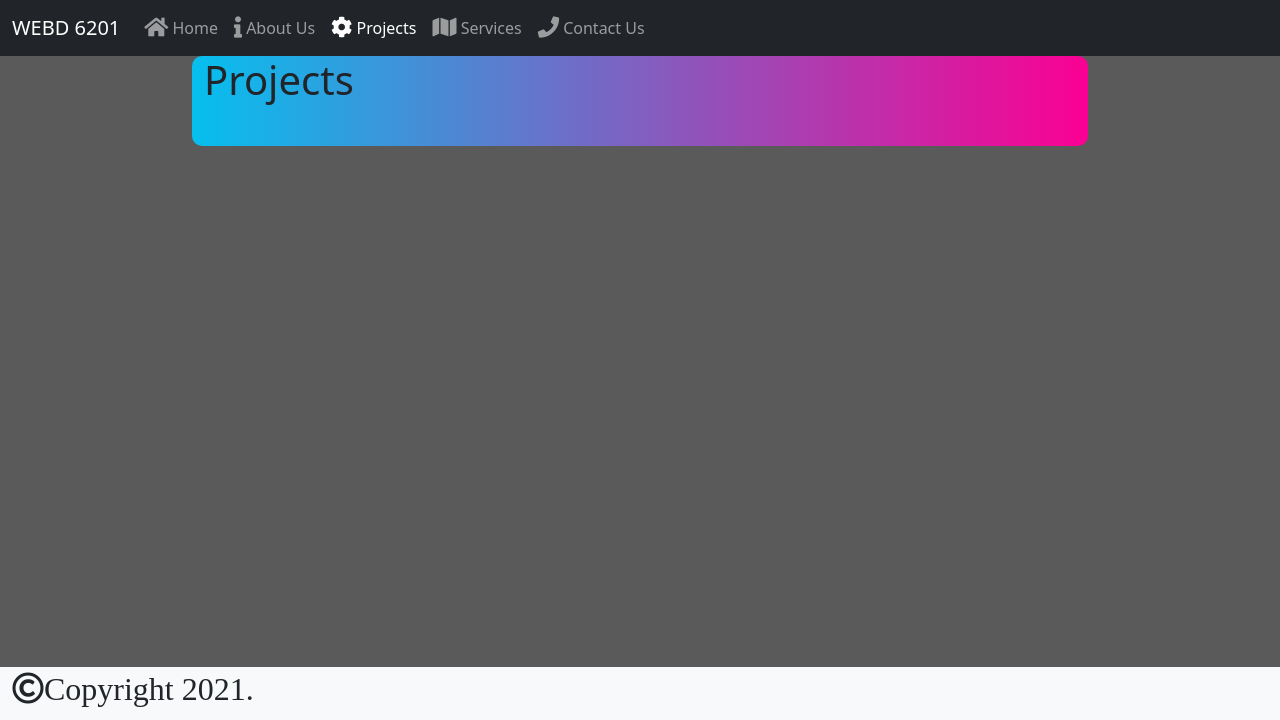
Repository: vans12345678/WEBD6201-W2021-Week3
Page: projects.html
The author's editor kept a copy of each file at every save. The page is drawn from the files as they stood at one save, then again after the next save.
The browser window is 1280 px wide. The pictures show the whole page.

Above is the page before, as saved 2021-01-28 20:17:51.

### projects.html
<!DOCTYPE html>
<html lang="en">
<head>
    <meta charset="UTF-8">
    <meta name="viewport" content="width=device-width, initial-scale=1.0">
    <title>Projects</title>

    <!-- CSS Section -->
    <link rel="stylesheet" href="./node_modules/bootstrap/dist/css/bootstrap.min.css">
    <link rel="stylesheet" href="./node_modules/@fortawesome/fontawesome-free/css/all.min.css">
    <link rel="stylesheet" href="./Content/app.css">
</head>
<body>
  <!-- Main Header -->
    <header>
      <!-- Main Navigation -->
        <nav class="navbar navbar-expand-lg navbar-dark bg-dark">
            <div class="container-fluid">
              <a class="navbar-brand" href="index.html">WEBD 6201</a>
              <button class="navbar-toggler" type="button" data-bs-toggle="collapse" data-bs-target="#navbarSupportedContent" aria-controls="navbarSupportedContent" aria-expanded="false" aria-label="Toggle navigation">
                <span class="navbar-toggler-icon"></span>
              </button>
              <div class="collapse navbar-collapse" id="navbarSupportedContent">
                <ul class="navbar-nav me-auto mb-2 mb-lg-0">
                  <li class="nav-item">
                    <a class="nav-link" aria-current="page" href="index.html"><i class="fas fa-home fa-lg"></i> Home</a>
                  </li>

                  <li class="nav-item">
                    <a class="nav-link" aria-current="page" href="about.html"><i class="fas fa-info fa-lg"></i> About Us</a>
                  </li>

                  <li class="nav-item">
                    <a class="nav-link active" aria-current="page" href="projects.html"><i class="fas fa-cog fa-lg"></i> Projects</a>
                  </li>

                  <li class="nav-item">
                    <a class="nav-link" aria-current="page" href="services.html"><i class="fas fa-map fa-lg"></i> Services</a>
                  </li>

                  <li class="nav-item">
                    <a class="nav-link" aria-current="page" href="contact.html"><i class="fas fa-phone fa-lg"></i> Contact Us</a>
                  </li>
                </ul>
              </div>
            </div>
          </nav>
    </header>
    <!-- Main Contents -->
    <main class="container">
        <h1>Projects</h1>
    </main>
    <!-- Main Footer -->
    <footer>
        <nav class="navbar fixed-bottom navbar-light bg-light">
            <div class="container-fluid">
                <h4><i class="far fa-copyright fa-lg">Copyright 2021.</i></h4>
            </div>
          </nav>
    </footer>
    <!-- Script Section -->
    <script src="./node_modules/jquery/dist/jquery.min.js"></script>
    <script src="./node_modules/bootstrap/dist/js/bootstrap.bundle.min.js"></script>
    <script src="./Scripts/app.js"></script>
</body>
</html>

### Content/app.css
/* custom css goes here */
.Vapor {
    background-image: url('../images/vapor.jpg');
    background-repeat: no-repeat;
    background-attachment: fixed;
    background-size: 100% 100%;
  }
  body
  {
    background-color: rgb(90, 90, 90);
  }
  .container{

    border-radius: 10px;
    width: 70%;
    height: 90px;
    margin: 0px auto;
    background: linear-gradient(90deg,#06bfee,#fb0093)
  }
  .contactForm{
    width: 100%;
    margin:  100px auto;
  }
  .warnMessage
  {
    width: 90%;
    margin:  50px;
  }

### Scripts/app.js
/* Custom JavaScript goes here */

//IIFE - Immediately Invoked Function Expression
//AKA - Anonymous Self-Executing Function
//Closure - limits scope leak

"use strict";


(function(){

    function displayHome()
    {

        let introText = "This is a simple site to demonstrate the specified requirements for Lab 1 WEBD 6201 - Client Side Scripting";
        let introTextElement = document.getElementById("introParagraph");

        introTextElement.textContent = introText;
        introTextElement.className = "fs-5 fw-bold text-center";

        mainContent.innerHTML =
        `<h1 id = "firstHeading">Welcome to WEBD6201 - Lab 1</h1>
        <p id = "paragraphOne" class = "fs-3 fw-bold">This is my first paragraph</p>
        `;

    }
    function displayAbout()
    {

    }
    function displayProjects()
    {

    }
    function displayServices()
    {

    }
    function displayContact()
    {

        let messageArea = document.getElementById("messageArea");
        messageArea.hidden = true;

        //form validation
        let fullName = document.getElementById("fullName");
        fullName.addEventListener("blur", function()
        {
            if(fullName.value.length < 2)
            {
                fullName.focus();
                fullName.select();
                messageArea.hidden = false;
                messageArea.className = "alert alert-danger warnMessage";
                messageArea.textContent = "Please enter an appropriate name > 2 characters";
            }
            else
            {
                messageArea.removeAttribute("class");
                messageArea.hidden = true;
            }
        });
            let sendButton = document.getElementById("sendButton");
            sendButton.addEventListener("click", function(event)
            {
                //event.preventDefault();
                // //Displays twice?

                let contact = new Contact(fullName.value,contactNumber.value, emailAddress.value);

                //console.log(contact.serialize());
                if(contact.serialize())
                {
                    localStorage.setItem((localStorage.length + 1).toString(),contact.serialize());
                }
            });
    }
    function displayContactList()
    {
        if(localStorage.length > 0)
        {
            let contactList = document.getElementById("contactList");
            let data = "";

            for (let index = 0; index < localStorage.length; index++)
            {
                let contactData = localStorage.getItem((index + 1).toString());
                let contact = new Contact();

                contact.deserialize(contactData);

                data += `<tr>
                <th scope="row">${index + 1}</th>
                <td>${contact.FullName}</td>
                <td>${contact.ContactNumber}</td>
                <td>${contact.EmailAddress}</td>
              </tr>`;
            }
            contactList.innerHTML = data;
        }

    }

    function Start()
    {
        console.log("App Started...");

        switch(document.title)
        {
            case "Index":
                displayHome();
                break;
            case "About":
                displayAbout();
                break;
            case "Projects":
                displayProjects();
                break;
            case "Services":
                displayServices();
                break;
            case "Contact Us":
                displayContact();
                break;
            case "Contact-List":
                displayContactList();
                break;
        }


    }

    window.addEventListener("load", Start);

})();

Loaded but not shown: node_modules/bootstrap/dist/css/bootstrap.min.css (library); node_modules/@fortawesome/fontawesome-free/css/all.min.css (library); node_modules/jquery/dist/jquery.min.js (library); node_modules/bootstrap/dist/js/bootstrap.bundle.min.js (library)

After the next save:
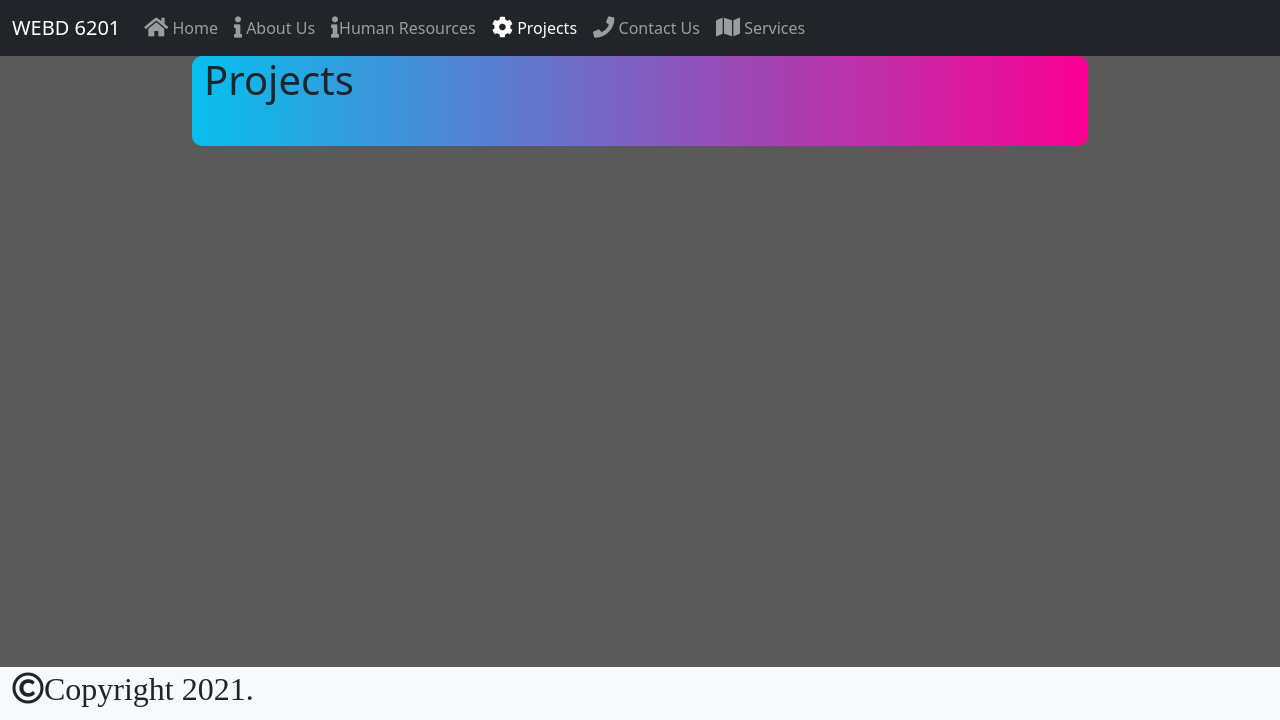
Saved 27 s later.
--- a/projects.html
+++ b/projects.html
@@ -28,18 +28,17 @@
 
                   <li class="nav-item">
                     <a class="nav-link" aria-current="page" href="about.html"><i class="fas fa-info fa-lg"></i> About Us</a>
+                  </li><li class="nav-item">
+                    <a class="nav-link" aria-current="page" href="human-resources.html"><i class="fas fa-info fa-lg"></i>Human Resources</a>
                   </li>
-
                   <li class="nav-item">
                     <a class="nav-link active" aria-current="page" href="projects.html"><i class="fas fa-cog fa-lg"></i> Projects</a>
                   </li>
-
+                  <li class="nav-item">
+                    <a class="nav-link" aria-current="page" href="contact.html"><i class="fas fa-phone fa-lg"></i> Contact Us</a>
+                  </li>
                   <li class="nav-item">
                     <a class="nav-link" aria-current="page" href="services.html"><i class="fas fa-map fa-lg"></i> Services</a>
-                  </li>
-
-                  <li class="nav-item">
-                    <a class="nav-link" aria-current="page" href="contact.html"><i class="fas fa-phone fa-lg"></i> Contact Us</a>
                   </li>
                 </ul>
               </div>
